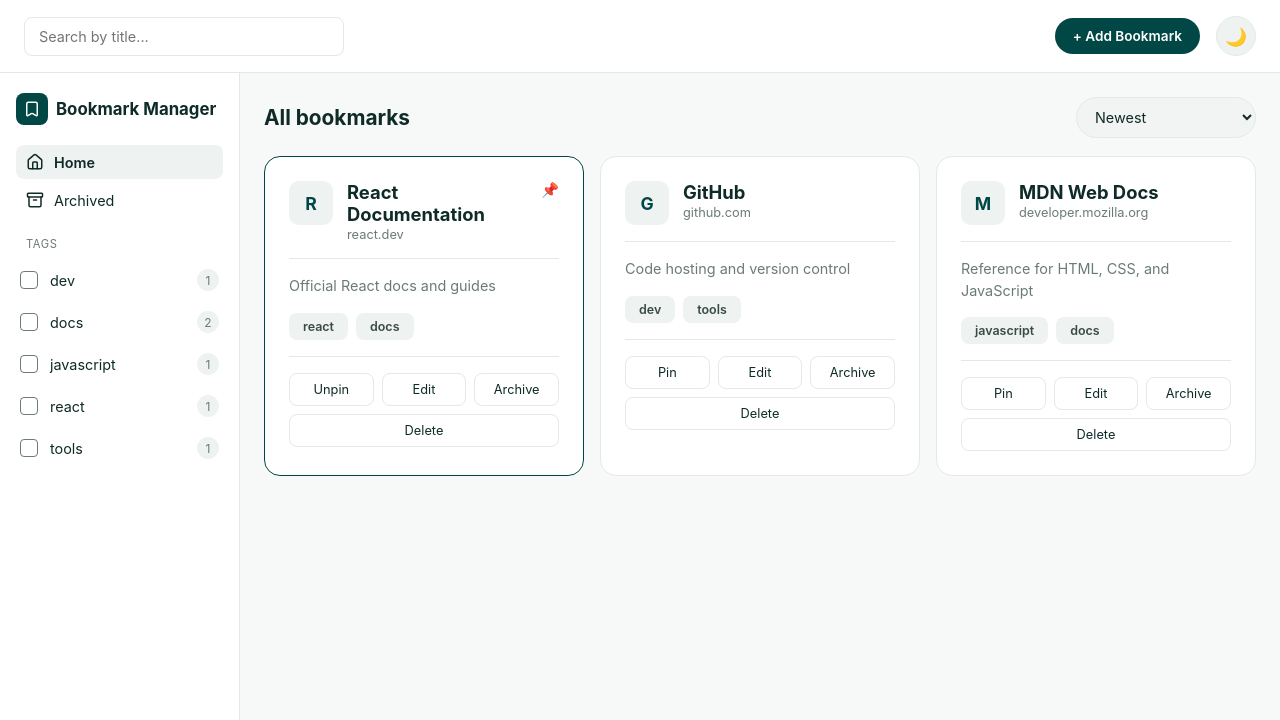
Repository: K0k1M4r/Big-Game-React
Page: /
An editor plug-in stored every save of this project. The page is shown before and after the next save, followed by the edit.
The browser window is 1280 px wide. The pictures show the whole page.
The project was rebuilt for these pictures with package versions that can differ from the ones it lists, and the page was loaded fresh each time. Also part of the build but not shown: vite.config.js, src/components/Modal.jsx, src/components/BookmarkForm.jsx.

Above is the page before, as saved 2026-09-23 18:55:18.

### index.html
<!doctype html>
<html lang="en">
  <head>
    <meta charset="UTF-8" />
    <link rel="icon" type="image/svg+xml" href="/favicon.svg" />
    <meta name="viewport" content="width=device-width, initial-scale=1.0" />
    <title>bookmark-manager</title>
  </head>
  <body>
    <div id="root"></div>
    <script type="module" src="/src/main.jsx"></script>
  </body>
</html>

### src/index.css
/* ===== Reset & Base ===== */
* {
  box-sizing: border-box;
  margin: 0;
  padding: 0;
}

body {
  font-family: -apple-system, BlinkMacSystemFont, "Segoe UI", Roboto, Helvetica, Arial, sans-serif;
  background-color: var(--bg-color);
  color: var(--text-color);
  transition: background-color 0.2s, color 0.2s;
}

/* ===== Theme Variables ===== */
:root[data-theme="light"] {
  --bg-color: #f7f9f8;
  --sidebar-bg: #ffffff;
  --header-bg: #ffffff;
  --card-bg: #ffffff;
  --input-bg: #f2f4f3;
  --search-bg: #ffffff;
  --search-border: #e4e8e7;
  --text-color: #0f2b27;
  --muted-text: #6b7b78;
  --border-color: #e4e8e7;
  --tag-bg: #eef2f1;
  --tag-text: #3a4a47;
  --accent-color: #014745;
  --accent-hover: #026358;
  --error-color: #dc2626;
  --checkbox-border: #6b7b78;
  --nav-active-bg: #e8f0ee;
}

:root[data-theme="dark"] {
  --bg-color: #0c2622;
  --sidebar-bg: #001f1f;
  --header-bg: #001f1f;
  --card-bg: #0f3430;
  --input-bg: #123833;
  --search-bg: #002e2d;
  --search-border: #004241;
  --text-color: #f2f7f5;
  --muted-text: #9fb5b0;
  --border-color: #1c4d46;
  --tag-bg: #164039;
  --tag-text: #cfe6df;
  --accent-color: #014745;
  --accent-hover: #026358;
  --error-color: #f87171;
  --checkbox-border: #5a7a74;
  --nav-active-bg: #0d3a35;
}

button {
  font-family: inherit;
  cursor: pointer;
  border: 1px solid var(--border-color);
  background-color: var(--card-bg);
  color: var(--text-color);
  border-radius: 8px;
  padding: 8px 14px;
  font-size: 0.85rem;
  transition: background-color 0.15s, border-color 0.15s;
}

button:hover {
  filter: brightness(0.96);
}

input:not([type="checkbox"]),
textarea,
select {
  font-family: inherit;
  font-size: 0.9rem;
  padding: 10px 14px;
  border: 1px solid var(--border-color);
  border-radius: 10px;
  background-color: var(--input-bg);
  color: var(--text-color);
  width: 100%;
}

input:focus,
textarea:focus,
select:focus {
  outline: none;
  border-color: var(--accent-color);
}

/* ===== App Layout ===== */
.app {
  min-height: 100vh;
  display: flex;
  flex-direction: column;
}

.app-body {
  display: flex;
  flex: 1;
}

.logo-icon {
  display: inline-flex;
  align-items: center;
  justify-content: center;
  width: 32px;
  height: 32px;
  background-color: var(--accent-color);
  border-radius: 8px;
  color: #ffffff;
}

/* ===== Sidebar ===== */
.sidebar {
  width: 240px;
  flex-shrink: 0;
  background-color: var(--sidebar-bg);
  border-right: 1px solid var(--border-color);
  padding: 20px 16px;
  display: flex;
  flex-direction: column;
  gap: 4px;
}

.sidebar-logo {
  font-weight: 700;
  font-size: 1.05rem;
  margin-bottom: 16px;
  display: flex;
  align-items: center;
  gap: 8px;
}

.sidebar > button {
  display: flex;
  align-items: center;
  gap: 10px;
  border: none;
  background: transparent;
  text-align: left;
  width: 100%;
  padding: 8px 10px;
  border-radius: 8px;
  font-size: 0.9rem;
  color: var(--text-color);
}

.sidebar button.active {
  background-color: var(--tag-bg);
  font-weight: 600;
}

.sidebar-tags-label {
  font-size: 0.7rem;
  text-transform: uppercase;
  letter-spacing: 0.05em;
  color: var(--muted-text);
  margin: 16px 0 6px 10px;
}

.sidebar-tags {
  display: flex;
  flex-direction: column;
  gap: 4px;
}

.sidebar-tag {
  display: flex;
  align-items: center;
  gap: 12px;
  padding: 8px 4px;
  border-radius: 8px;
  cursor: pointer;
  font-size: 0.9rem;
}

.sidebar-tag:hover {
  background-color: var(--tag-bg);
}

.sidebar-tag input[type="checkbox"] {
  width: 18px;
  height: 18px;
  margin: 0;
  flex-shrink: 0;
  appearance: none;
  -webkit-appearance: none;
  border: 1.5px solid var(--checkbox-border);
  border-radius: 4px;
  background-color: transparent;
  cursor: pointer;
  position: relative;
}

.sidebar-tag input[type="checkbox"]:checked {
  background-color: var(--accent-color);
  border-color: var(--accent-color);
}

.sidebar-tag input[type="checkbox"]:checked::after {
  content: "";
  position: absolute;
  left: 5px;
  top: 1px;
  width: 5px;
  height: 10px;
  border: solid white;
  border-width: 0 2px 2px 0;
  transform: rotate(45deg);
}

.tag-name {
  flex: 1;
  color: var(--text-color);
}

.tag-count {
  margin-left: auto;
  min-width: 22px;
  height: 22px;
  display: flex;
  align-items: center;
  justify-content: center;
  font-size: 0.75rem;
  color: var(--muted-text);
  background-color: var(--tag-bg);
  border-radius: 999px;
  padding: 0 6px;
}

/* ===== Header ===== */
.app-header {
  display: flex;
  align-items: center;
  gap: 16px;
  background-color: var(--header-bg);
  border-bottom: 1px solid var(--border-color);
  padding: 16px 24px;
}

input.search-bar {
  width: 320px;
  flex: 0 0 320px;
  border-radius: 8px;
  background-color: var(--search-bg);
  border: 1px solid var(--search-border);
}

.add-bookmark-btn {
  margin-left: auto;
  background-color: var(--accent-color);
  color: #ffffff;
  border: none;
  border-radius: 999px;
  padding: 10px 18px;
  font-weight: 600;
  white-space: nowrap;
  flex-shrink: 0;
}

.add-bookmark-btn:hover {
  background-color: var(--accent-hover);
}

.theme-avatar-btn {
  width: 40px;
  height: 40px;
  border-radius: 50%;
  display: flex;
  align-items: center;
  justify-content: center;
  background-color: var(--tag-bg);
  border: 1px solid var(--border-color);
  font-size: 1.1rem;
  flex-shrink: 0;
  padding: 0;
}

/* ===== Main Content ===== */
.app-main {
  flex: 1;
  padding: 24px;
  display: flex;
  flex-direction: column;
  gap: 18px;
}

.content-header {
  display: flex;
  align-items: center;
  justify-content: space-between;
  gap: 12px;
}

.content-header h2 {
  font-size: 1.3rem;
  font-weight: 700;
}

.sort-select {
  max-width: 180px;
  border-radius: 999px;
}

/* ===== Bookmark List & Card ===== */
.bookmark-list {
  display: grid;
  grid-template-columns: repeat(auto-fill, minmax(270px, 1fr));
  gap: 16px;
}

.bookmark-card {
  position: relative;
  background-color: var(--card-bg);
  border: 1px solid var(--border-color);
  border-radius: 16px;
  padding: 24px;
  display: flex;
  flex-direction: column;
  gap: 16px;
}

.bookmark-card.pinned {
  border-color: var(--accent-color);
}

.bookmark-card-header {
  display: flex;
  align-items: flex-start;
  gap: 14px;
}

.bookmark-favicon {
  flex-shrink: 0;
  width: 44px;
  height: 44px;
  border-radius: 10px;
  background-color: var(--tag-bg);
  color: var(--accent-color);
  display: flex;
  align-items: center;
  justify-content: center;
  font-weight: 700;
  font-size: 1.1rem;
}

.bookmark-title-group {
  flex: 1;
  min-width: 0;
}

.bookmark-card h3 {
  font-size: 1.15rem;
  font-weight: 700;
  margin-bottom: 2px;
}

.bookmark-domain {
  font-size: 0.8rem;
  color: var(--muted-text);
}

.pin-badge {
  font-size: 0.9rem;
  flex-shrink: 0;
}

.bookmark-divider {
  height: 1px;
  background-color: var(--border-color);
}

.bookmark-card .description {
  font-size: 0.9rem;
  color: var(--muted-text);
  line-height: 1.5;
}

.tag-list {
  display: flex;
  flex-wrap: wrap;
  gap: 8px;
  list-style: none;
}

.tag {
  background-color: var(--tag-bg);
  color: var(--tag-text);
  font-size: 0.78rem;
  font-weight: 600;
  padding: 6px 14px;
  border-radius: 8px;
}

.card-actions {
  display: flex;
  flex-wrap: wrap;
  gap: 8px;
}

.card-actions button {
  flex: 1;
  min-width: 70px;
  font-size: 0.8rem;
  padding: 8px 10px;
  border-radius: 8px;
}

.archived-label {
  position: absolute;
  bottom: 14px;
  right: 14px;
  font-size: 0.7rem;
  color: var(--muted-text);
  font-style: italic;
}

/* ===== Empty / Loading States ===== */
.empty-state {
  text-align: center;
  color: var(--muted-text);
  padding: 60px 20px;
  font-size: 1rem;
}

/* ===== Modal ===== */
.modal-overlay {
  position: fixed;
  inset: 0;
  background-color: rgba(0, 0, 0, 0.5);
  display: flex;
  align-items: center;
  justify-content: center;
  z-index: 100;
  padding: 16px;
}

.modal-content {
  position: relative;
  background-color: var(--card-bg);
  border: 1px solid var(--border-color);
  border-radius: 16px;
  padding: 26px;
  width: 100%;
  max-width: 420px;
  max-height: 90vh;
  overflow-y: auto;
}

.modal-close {
  position: absolute;
  top: 12px;
  right: 12px;
  border: none;
  background: transparent;
  font-size: 1rem;
  padding: 4px 8px;
}

/* ===== Bookmark Form ===== */
.bookmark-form {
  display: flex;
  flex-direction: column;
  gap: 14px;
}

.form-field {
  display: flex;
  flex-direction: column;
  gap: 4px;
}

.form-field textarea {
  resize: vertical;
  min-height: 70px;
  border-radius: 10px;
}

.error {
  color: var(--error-color);
  font-size: 0.8rem;
}

.bookmark-form button[type="submit"] {
  background-color: var(--accent-color);
  color: #ffffff;
  border-color: var(--accent-color);
  padding: 10px;
  border-radius: 999px;
  font-weight: 600;
}

/* ===== Responsive ===== */
@media (max-width: 768px) {
  .app-body {
    flex-direction: column;
  }

  .sidebar {
    width: 100%;
    flex-direction: row;
    flex-wrap: wrap;
    overflow-x: auto;
    border-right: none;
    border-bottom: 1px solid var(--border-color);
    padding: 12px 16px;
  }

  .sidebar button {
    width: auto;
    white-space: nowrap;
  }

  .app-header {
    flex-wrap: wrap;
  }

  input.search-bar {
    width: 100%;
    flex: 1 1 100%;
  }

  .add-bookmark-btn {
    margin-left: 0;
  }

  .app-main {
    padding: 16px;
  }

  .bookmark-list {
    grid-template-columns: 1fr;
  }

  .content-header {
    flex-wrap: wrap;
  }

  .sort-select {
    max-width: 100%;
  }
}

### src/App.jsx
import { useState, useEffect } from "react";
import Header from "./components/Layout/Header";
import Sidebar from "./components/Layout/Sidebar";
import SortSelect from "./components/SortSelect";
import BookmarkList from "./components/BookmarkList";
import Modal from "./components/Modal";
import BookmarkForm from "./components/BookmarkForm";

function App() {
  const [bookmarks, setBookmarks] = useState([]);
  const [isLoading, setIsLoading] = useState(true);
  const [isModalOpen, setIsModalOpen] = useState(false);
  const [editingBookmark, setEditingBookmark] = useState(null);
  const [currentView, setCurrentView] = useState("all");
  const [searchTerm, setSearchTerm] = useState("");
  const [selectedTag, setSelectedTag] = useState("All");
  const [sortOption, setSortOption] = useState("newest");
  const [theme, setTheme] = useState(
    () => localStorage.getItem("theme") || "light"
  );

  // Initial load: localStorage first, fallback to bookmarks.json
  useEffect(() => {
    const stored = localStorage.getItem("bookmarks");

    if (stored) {
      setTimeout(() => {
        setBookmarks(JSON.parse(stored));
        setIsLoading(false);
      }, 800);
    } else {
      fetch("/data/bookmarks.json")
        .then((res) => res.json())
        .then((data) => {
          setTimeout(() => {
            setBookmarks(data);
            setIsLoading(false);
          }, 800);
        })
        .catch((err) => {
          console.error("Failed to load bookmarks:", err);
          setIsLoading(false);
        });
    }
  }, []);

  // Sync bookmarks to localStorage whenever they change (after initial load)
  useEffect(() => {
    if (!isLoading) {
      localStorage.setItem("bookmarks", JSON.stringify(bookmarks));
    }
  }, [bookmarks, isLoading]);

  // Sync theme to localStorage + apply to document
  useEffect(() => {
    localStorage.setItem("theme", theme);
    document.documentElement.setAttribute("data-theme", theme);
  }, [theme]);

  function toggleTheme() {
    setTheme((prev) => (prev === "light" ? "dark" : "light"));
  }

  function handleAddBookmark(newBookmark) {
    setBookmarks((prev) => [...prev, newBookmark]);
    closeModal();
  }

  function handleUpdateBookmark(updatedBookmark) {
    setBookmarks((prev) =>
      prev.map((b) => (b.id === updatedBookmark.id ? updatedBookmark : b))
    );
    closeModal();
  }

  function handleDeleteBookmark(id) {
    const confirmed = window.confirm("Delete this bookmark?");
    if (!confirmed) return;
    setBookmarks((prev) => prev.filter((b) => b.id !== id));
  }

  function handleTogglePin(id) {
    setBookmarks((prev) =>
      prev.map((b) => (b.id === id ? { ...b, pinned: !b.pinned } : b))
    );
  }

  function handleToggleArchive(id) {
    setBookmarks((prev) =>
      prev.map((b) => (b.id === id ? { ...b, archived: !b.archived } : b))
    );
  }

  function openAddModal() {
    setEditingBookmark(null);
    setIsModalOpen(true);
  }

  function openEditModal(bookmark) {
    setEditingBookmark(bookmark);
    setIsModalOpen(true);
  }

  function closeModal() {
    setIsModalOpen(false);
    setEditingBookmark(null);
  }

  const viewFiltered = bookmarks.filter((b) =>
    currentView === "archived" ? b.archived : !b.archived
  );

  const searchFiltered = viewFiltered.filter((b) => {
    const term = searchTerm.trim().toLowerCase();
    if (!term) return true;
    return (
      b.title.toLowerCase().includes(term) ||
      b.description.toLowerCase().includes(term)
    );
  });

  const tagFiltered = searchFiltered.filter((b) =>
    selectedTag === "All" ? true : b.tags.includes(selectedTag)
  );

  const sorted = [...tagFiltered].sort((a, b) => {
    if (a.pinned !== b.pinned) return a.pinned ? -1 : 1;

    switch (sortOption) {
      case "newest":
        return new Date(b.createdAt) - new Date(a.createdAt);
      case "oldest":
        return new Date(a.createdAt) - new Date(b.createdAt);
      case "az":
        return a.title.localeCompare(b.title);
      case "za":
        return b.title.localeCompare(a.title);
      default:
        return 0;
    }
  });

  // Tag counts based on the current view (all vs archived)
  const tagCounts = {};
  viewFiltered.forEach((b) => {
    b.tags.forEach((tag) => {
      tagCounts[tag] = (tagCounts[tag] || 0) + 1;
    });
  });
  const tagsWithCounts = Object.keys(tagCounts)
    .sort()
    .map((name) => ({ name, count: tagCounts[name] }));

  const visibleBookmarks = sorted;

  return (
    <div className="app">
      <Header
        theme={theme}
        onToggleTheme={toggleTheme}
        searchTerm={searchTerm}
        onSearchChange={setSearchTerm}
        onAddClick={openAddModal}
      />
      <div className="app-body">
        <Sidebar
          currentView={currentView}
          onChangeView={setCurrentView}
          tags={tagsWithCounts}
          selectedTag={selectedTag}
          onSelectTag={setSelectedTag}
        />
        <main className="app-main">
          <div className="content-header">
            <h2>{currentView === "archived" ? "Archived" : "All bookmarks"}</h2>
            <SortSelect sortOption={sortOption} onSortChange={setSortOption} />
          </div>

          {isLoading ? (
            <p>Loading bookmarks...</p>
          ) : (
            <BookmarkList
              bookmarks={visibleBookmarks}
              onEdit={openEditModal}
              onDelete={handleDeleteBookmark}
              onTogglePin={handleTogglePin}
              onToggleArchive={handleToggleArchive}
              currentView={currentView}
              searchTerm={searchTerm}
            />
          )}
        </main>
      </div>

      {isModalOpen && (
        <Modal onClose={closeModal}>
          <BookmarkForm
            key={editingBookmark ? editingBookmark.id : "new"}
            initialData={editingBookmark}
            onSave={editingBookmark ? handleUpdateBookmark : handleAddBookmark}
          />
        </Modal>
      )}
    </div>
  );
}

export default App;

### src/components/Layout/Header.jsx
import SearchBar from "../SearchBar";

function Header({ theme, onToggleTheme, searchTerm, onSearchChange, onAddClick }) {
  return (
    <header className="app-header">
      <SearchBar searchTerm={searchTerm} onSearchChange={onSearchChange} />

      <button className="add-bookmark-btn" onClick={onAddClick}>
        + Add Bookmark
      </button>

      <button
        className="theme-avatar-btn"
        onClick={onToggleTheme}
        title="Toggle theme"
      >
        {theme === "light" ? "🌙" : "☀️"}
      </button>
    </header>
  );
}

export default Header;

### src/components/Layout/Sidebar.jsx
import { Bookmark, Home, Archive } from "lucide-react";

function Sidebar({ currentView, onChangeView, tags, selectedTag, onSelectTag }) {
  return (
    <nav className="sidebar">
      <div className="sidebar-logo">
        <span className="logo-icon"><Bookmark size={18} /></span>
        Bookmark Manager
      </div>

      <button
        className={currentView === "all" ? "active" : ""}
        onClick={() => onChangeView("all")}
      >
        <Home size={18} /> Home
      </button>
      <button
        className={currentView === "archived" ? "active" : ""}
        onClick={() => onChangeView("archived")}
      >
        <Archive size={18} /> Archived
      </button>

      <p className="sidebar-tags-label">Tags</p>

      <div className="sidebar-tags">
        {tags.map(({ name, count }) => (
          <label key={name} className="sidebar-tag">
            <input
              type="checkbox"
              checked={selectedTag === name}
              onChange={() =>
                onSelectTag(selectedTag === name ? "All" : name)
              }
            />
            <span className="tag-name">{name}</span>
            <span className="tag-count">{count}</span>
          </label>
        ))}
      </div>
    </nav>
  );
}

export default Sidebar;

### src/components/SortSelect.jsx
function SortSelect({ sortOption, onSortChange }) {
  return (
    <select
      className="sort-select"
      value={sortOption}
      onChange={(e) => onSortChange(e.target.value)}
    >
      <option value="newest">Newest</option>
      <option value="oldest">Oldest</option>
      <option value="az">A-Z</option>
      <option value="za">Z-A</option>
    </select>
  );
}

export default SortSelect;

### src/components/BookmarkList.jsx
import BookmarkCard from "./BookmarkCard";

function BookmarkList({ bookmarks, onEdit, onDelete, onTogglePin, onToggleArchive, currentView, searchTerm }) {
  if (bookmarks.length === 0) {
    let message = "No bookmarks yet. Add one to get started!";

    if (searchTerm.trim()) {
      message = `No bookmarks match "${searchTerm}".`;
    } else if (currentView === "archived") {
      message = "No archived bookmarks.";
    }

    return <p className="empty-state">{message}</p>;
  }

  return (
    <div className="bookmark-list">
      {bookmarks.map((bookmark) => (
        <BookmarkCard
          key={bookmark.id}
          bookmark={bookmark}
          onEdit={onEdit}
          onDelete={onDelete}
          onTogglePin={onTogglePin}
          onToggleArchive={onToggleArchive}
        />
      ))}
    </div>
  );
}

export default BookmarkList;

### src/components/SearchBar.jsx
function SearchBar({ searchTerm, onSearchChange }) {
  return (
    <input
      type="text"
      placeholder="Search by title..."
      className="search-bar"
      value={searchTerm}
      onChange={(e) => onSearchChange(e.target.value)}
    />
  );
}

export default SearchBar;

### src/components/BookmarkCard.jsx
import TagList from "./TagList";

function getInitial(title) {
  return title.charAt(0).toUpperCase();
}

function BookmarkCard({ bookmark, onEdit, onDelete, onTogglePin, onToggleArchive }) {
  let domain = "";
  try {
    domain = new URL(bookmark.url).hostname.replace("www.", "");
  } catch {
    domain = bookmark.url;
  }

  return (
    <div className={`bookmark-card ${bookmark.pinned ? "pinned" : ""}`}>
      <div className="bookmark-card-header">
        <div className="bookmark-favicon">{getInitial(bookmark.title)}</div>
        <div className="bookmark-title-group">
          <h3>{bookmark.title}</h3>
          <p className="bookmark-domain">{domain}</p>
        </div>
        {bookmark.pinned && <span className="pin-badge">📌</span>}
      </div>

      <div className="bookmark-divider" />

      <p className="description">{bookmark.description}</p>

      <TagList tags={bookmark.tags} />

      <div className="bookmark-divider" />

      <div className="card-actions">
        <button onClick={() => onTogglePin(bookmark.id)}>
          {bookmark.pinned ? "Unpin" : "Pin"}
        </button>
        <button onClick={() => onEdit(bookmark)}>Edit</button>
        <button onClick={() => onToggleArchive(bookmark.id)}>
          {bookmark.archived ? "Restore" : "Archive"}
        </button>
        <button onClick={() => onDelete(bookmark.id)}>Delete</button>
      </div>
    </div>
  );
}

export default BookmarkCard;

### src/components/TagList.jsx
function TagList({ tags }) {
  return (
    <ul className="tag-list">
      {tags.map((tag) => (
        <li key={tag} className="tag">{tag}</li>
      ))}
    </ul>
  );
}

export default TagList

### public/data/bookmarks.json
[
  {
    "id": "1",
    "title": "React Documentation",
    "url": "https://react.dev",
    "description": "Official React docs and guides",
    "tags": ["react", "docs"],
    "pinned": true,
    "archived": false,
    "favorite": false,
    "createdAt": "2026-01-10T10:00:00.000Z"
  },
  {
    "id": "2",
    "title": "MDN Web Docs",
    "url": "https://developer.mozilla.org",
    "description": "Reference for HTML, CSS, and JavaScript",
    "tags": ["javascript", "docs"],
    "pinned": false,
    "archived": false,
    "favorite": false,
    "createdAt": "2026-01-12T14:30:00.000Z"
  },
  {
    "id": "3",
    "title": "Old Design Inspiration",
    "url": "https://dribbble.com",
    "description": "UI inspiration site",
    "tags": ["design"],
    "pinned": false,
    "archived": true,
    "favorite": false,
    "createdAt": "2026-01-05T09:15:00.000Z"
  },
  {
    "id": "4",
    "title": "GitHub",
    "url": "https://github.com",
    "description": "Code hosting and version control",
    "tags": ["dev", "tools"],
    "pinned": false,
    "archived": false,
    "favorite": true,
    "createdAt": "2026-01-15T08:00:00.000Z"
  }
]

Loaded but not shown: src/main.jsx (common file)

After the next save:
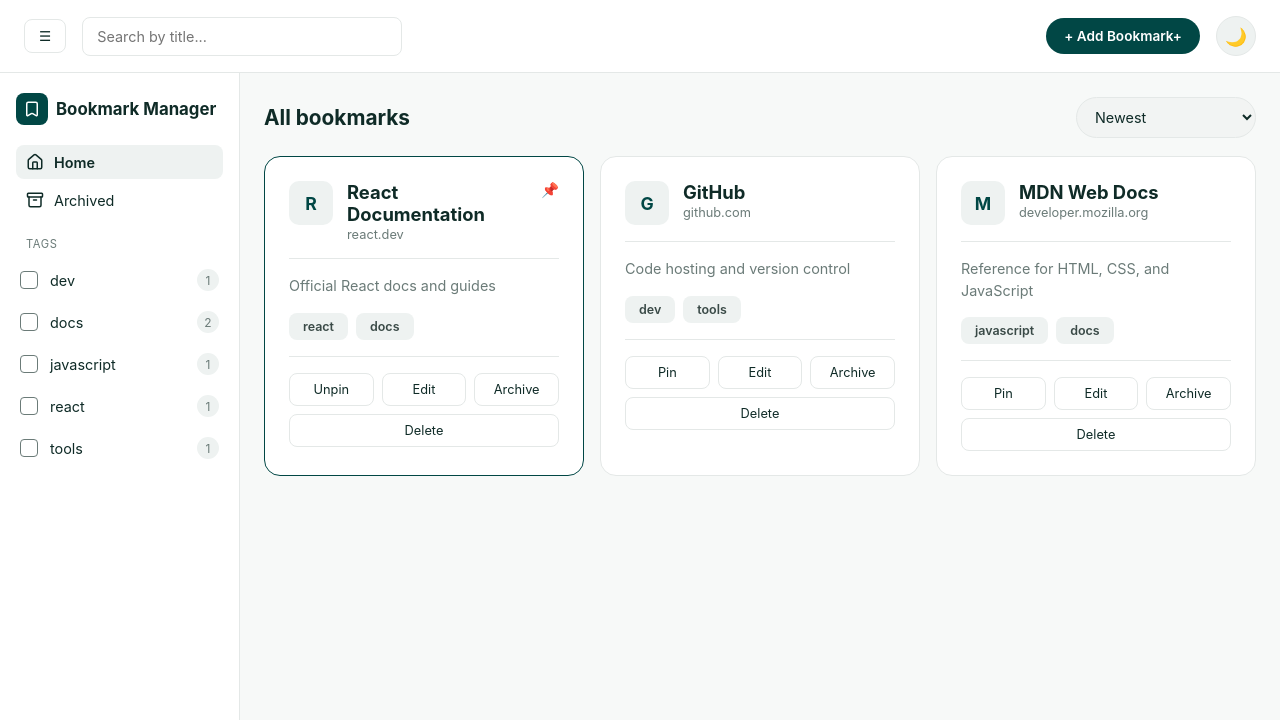
Saved 3 min 16 s later.
--- a/src/components/Layout/Header.jsx
+++ b/src/components/Layout/Header.jsx
@@ -1,12 +1,17 @@
 import SearchBar from "../SearchBar";
 
-function Header({ theme, onToggleTheme, searchTerm, onSearchChange, onAddClick }) {
+function Header({ theme, onToggleTheme, searchTerm, onSearchChange, onAddClick, onMenuClick }) {
   return (
     <header className="app-header">
+      <button className="menu-btn" onClick={onMenuClick} aria-label="Toggle menu">
+        ☰
+      </button>
+
       <SearchBar searchTerm={searchTerm} onSearchChange={onSearchChange} />
 
       <button className="add-bookmark-btn" onClick={onAddClick}>
-        + Add Bookmark
+        <span className="add-bookmark-text">+ Add Bookmark</span>
+        <span className="add-bookmark-icon">+</span>
       </button>
 
       <button
